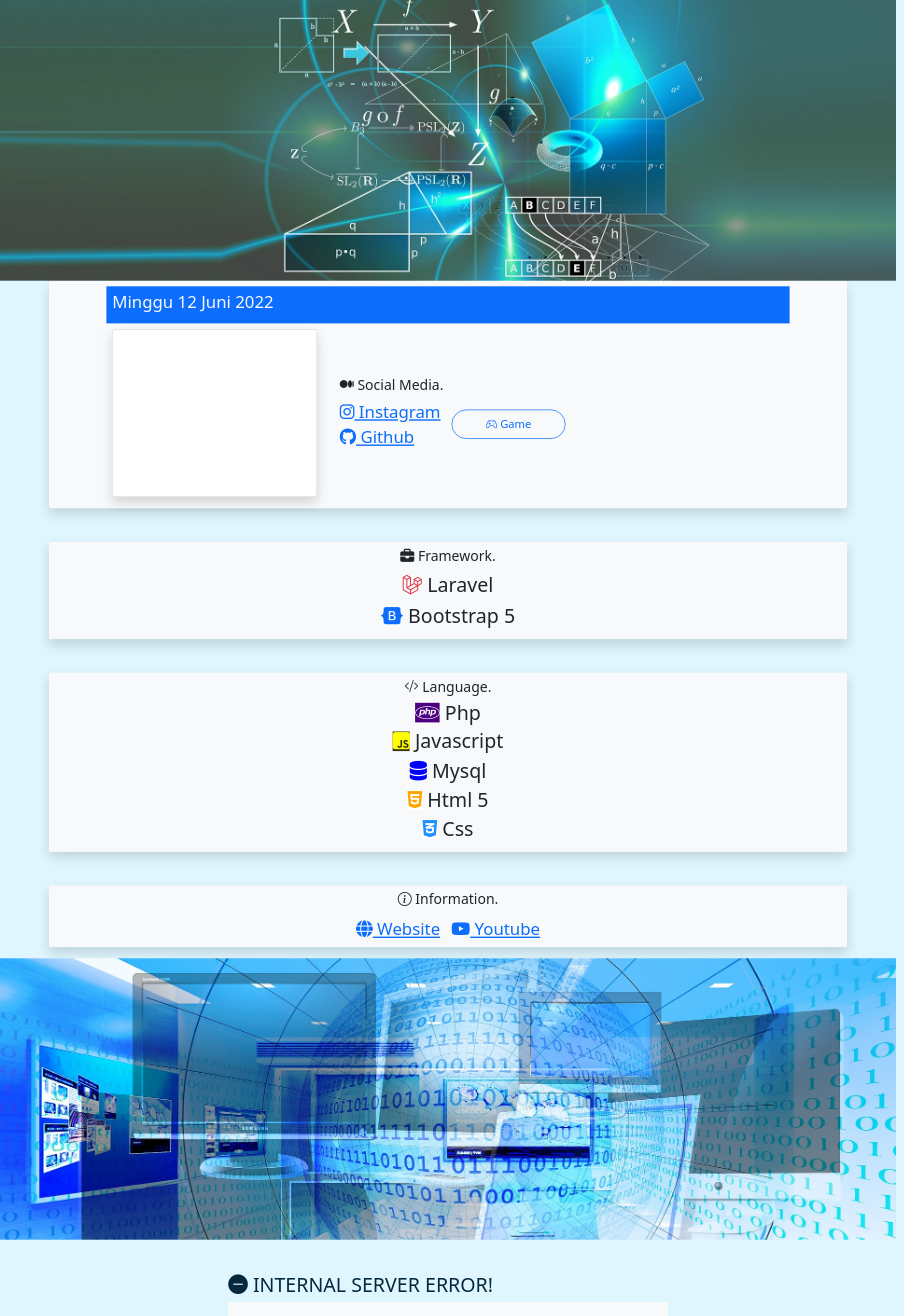
Repository: initer3737/initer3737.github.io
Page: index.html
The author's editor kept a copy of each file at every save. The page is drawn from the files as they stood at one save, then again after the next save.
The browser window is 1280 px wide. The page is 1292 px wide, so the pictures cover 1292 px, including what lies to the right of the window. The pictures show the part of the page from y = 0 to 1880 px (the page is 3138 px tall before and 3135 px after), at 70% of full size.
Pictures or frames that could not be fetched are drawn as grey boxes. Some web libraries are served in a nearby version.

Above is the page before, as saved 2022-06-12 08:46:40.
Console error: TypeError: Cannot set properties of null (setting 'innerHTML')

After the next save:
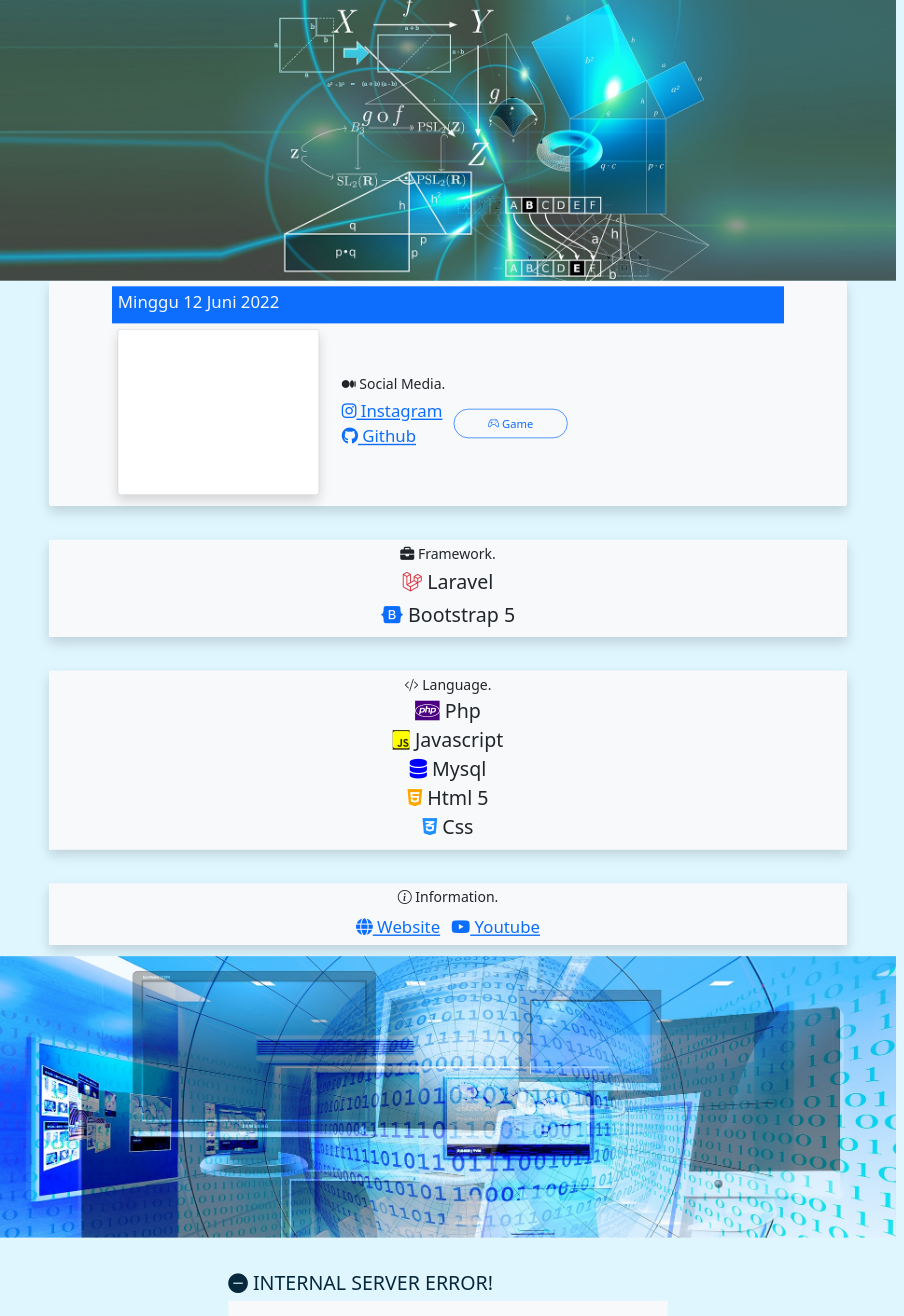
Saved 8 h 7 min later.
--- a/index.html
+++ b/index.html
@@ -23,7 +23,6 @@
             <div class="col-12">
                <div class="bg-primary text-capitalize d-flex justify-content-between">
                 <p id="fulldate" class="h4 text-light p-2"></p>
-                <p id="jam" class="h4 text-light p-2"></p>
                </div>
             </div>
             <div class="col-10 col-md-5 col-lg-4">
